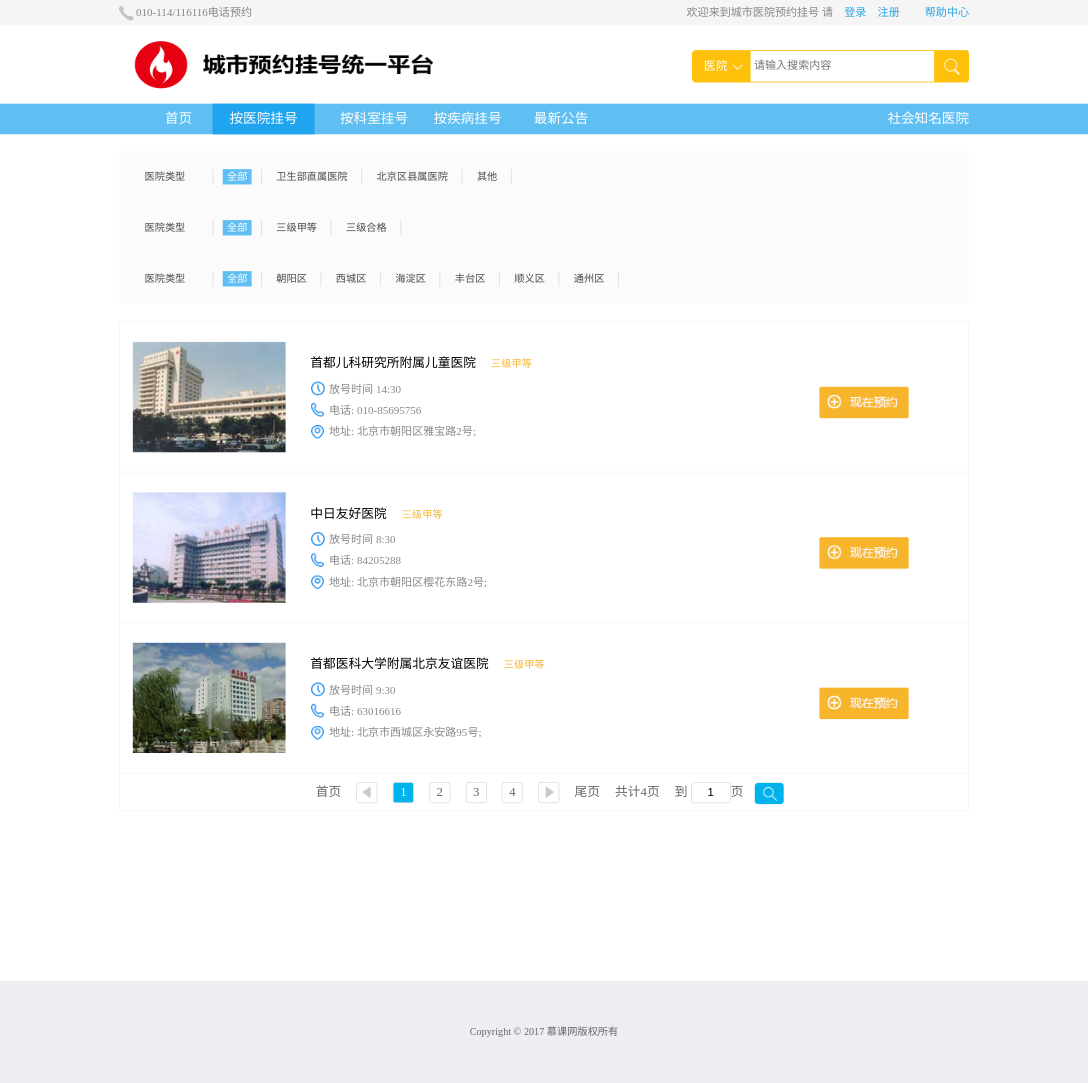
Repository: ScarApocalypse/study
Page: 挂号平台/hosptial.html
These files come from the project's save history. The page is drawn as it stood at one moment and after the next save; the edit follows.
The browser window is 1280 px wide. The pictures show the whole page, at 85% of full size.

Above is the page before, as saved 2019-02-18 22:37:24.

After the next save:
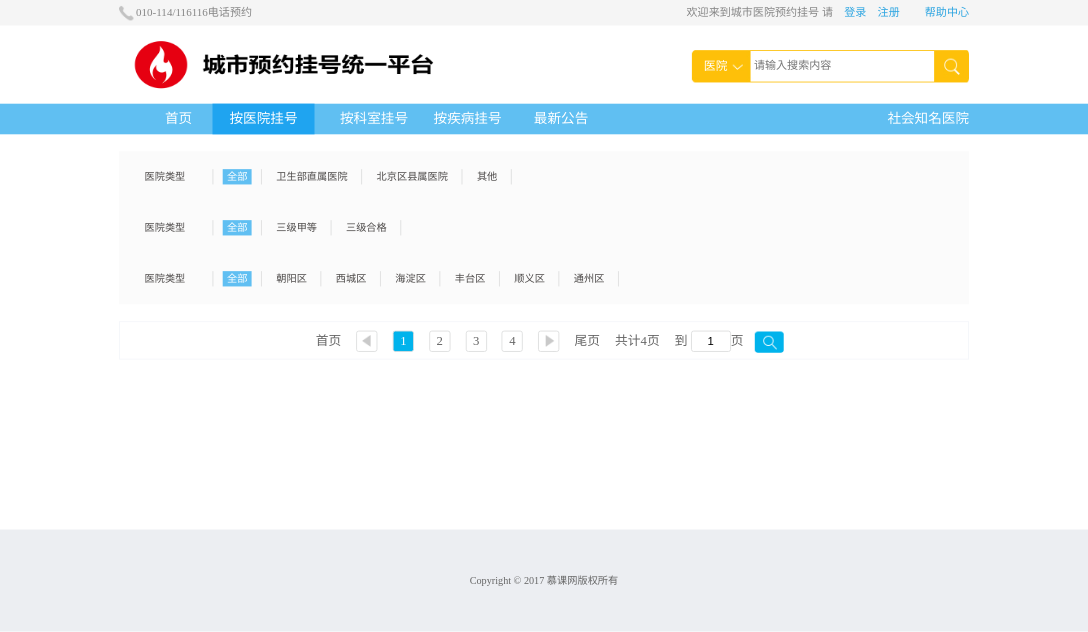
Console error: TypeError: html.attr is not a function
Saved 24 s later.
--- a/挂号平台/js/hosptial.js
+++ b/挂号平台/js/hosptial.js
@@ -135,7 +135,7 @@
                     var v=objectData[k];
                     html=html.replace('['+k+']',v);
                 }
-
+                html.attr("hname",d[3]);
                 datalist.append(html);
 
             }

After the save that followed:
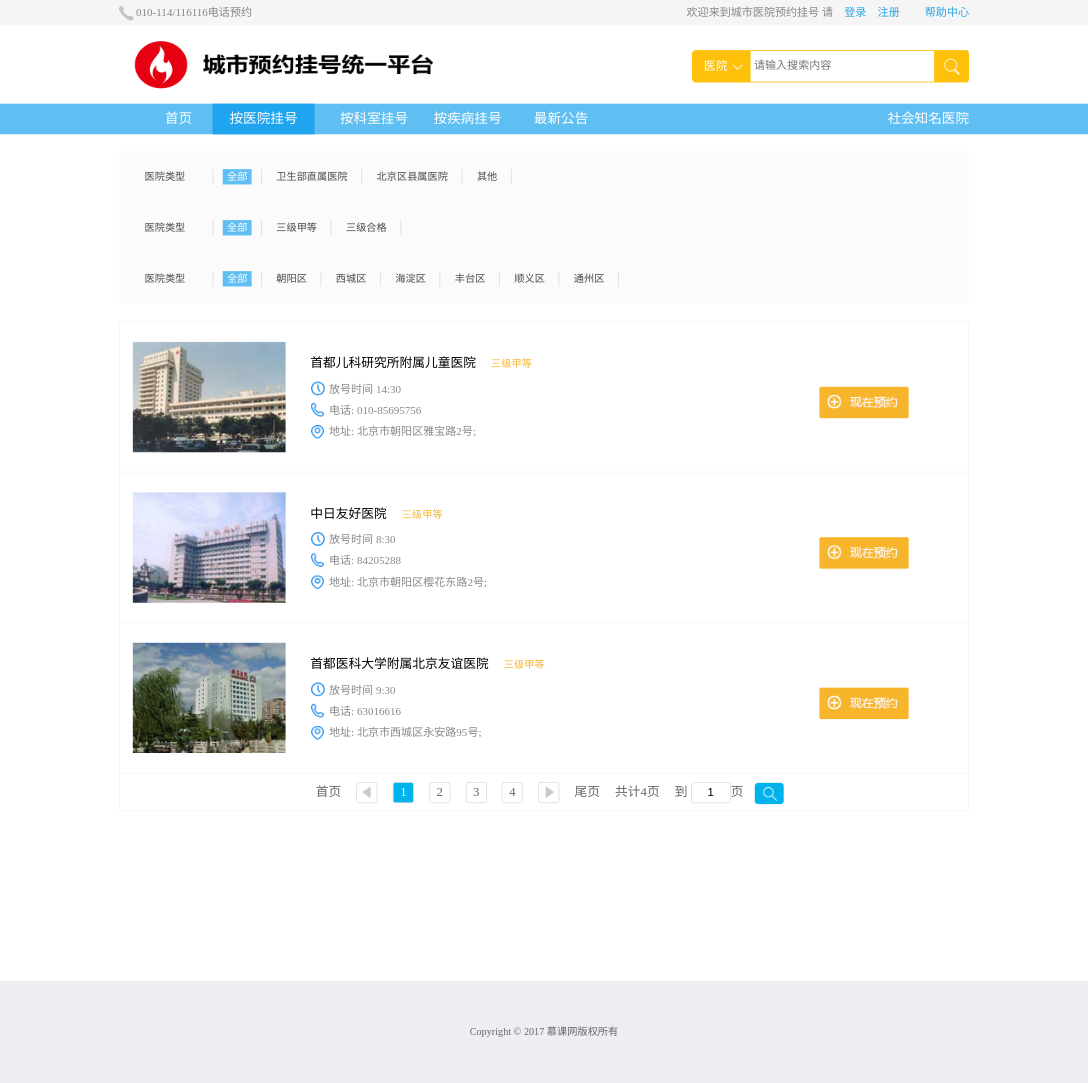
The error is gone.
Saved 118 s later.
--- a/挂号平台/js/hosptial.js
+++ b/挂号平台/js/hosptial.js
@@ -135,7 +135,7 @@
                     var v=objectData[k];
                     html=html.replace('['+k+']',v);
                 }
-                html.attr("hname",d[3]);
+                html=html.replace("[hame]",d[3]);
                 datalist.append(html);
 
             }
